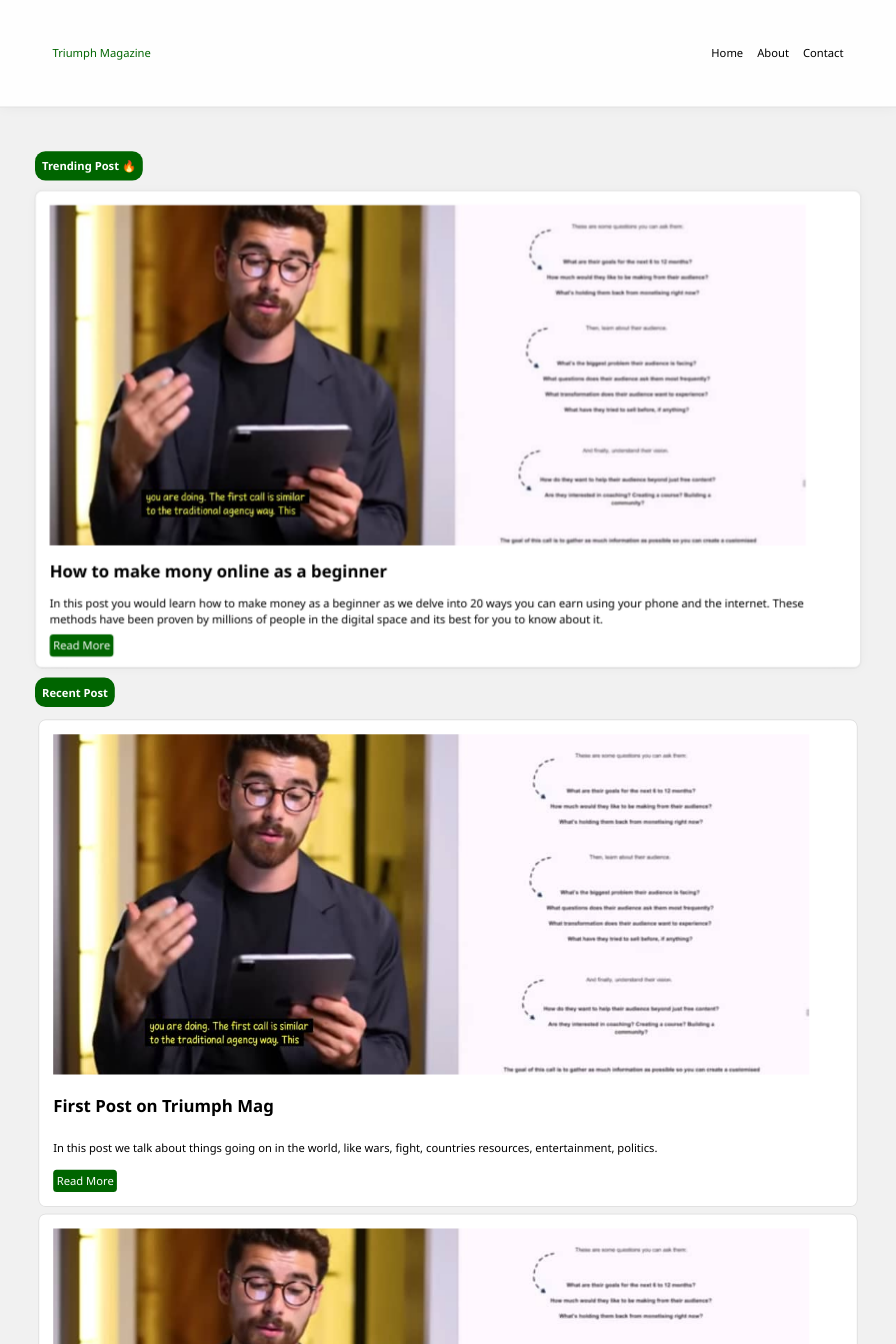
Repository: zikcolle/Triumph-Blog
Page: index.html
An editor plug-in stored every save of this project. The page is shown before and after the next save, followed by the edit.
The browser window is 1280 px wide. The pictures show the part of the page from y = 0 to 1920 px (the page is 5565 px tall before and 5455 px after), at 70% of full size.

Above is the page before, as saved 2026-06-22 10:04:23.

### index.html
<!DOCTYPE html>
<html lang="en">

<head>
    <meta charset="UTF-8">
    <meta name="viewport" content="width=device-width, initial-scale=1.0">
    <title>Triumph Magazine</title>
    <link rel="stylesheet" href="styles.css">
</head>

<body>
    <header>
        <nav>
            <div class="logo">Triumph Magazine</div>
            <div class="hamburger" onclick="toggleMenu()">
                <svg width="30" height="30">
                    <line x1="3" y1="5" x2="27" y2="5" stroke="black" stroke-width="3" />
                    <line x1="3" y1="15" x2="27" y2="15" stroke="black" stroke-width="3" />
                    <line x1="3" y1="25" x2="27" y2="25" stroke="black" stroke-width="3" />
                </svg>


            </div>
            <ul id="nav-links">
                <li><a href="#">Home</a></li>
                <li><a href="/about-us">About</a></li>
                <li><a href="/contact-us">Contact</a></li>
            </ul>
        </nav>
    </header>


    <main>
        <section>
            <div>
                <h2 class="label-post">Trending Post 🔥</h2>
            </div>
            <div class="feat-post">
                <img src="simage\postiman.jpeg">
                <h1>How to make mony online as a beginner</h1>
                <p>In this post you would learn how to make money as a beginner as we delve into 20 ways you can earn
                    using your phone and the internet. These methods have been proven by millions of people in the
                    digital space and its best for you to know about it.</p>
                <a href="#" class="read-more">Read More</a>
            </div>
        </section>

        <section>
            <div>
                <h2 class="label-post" id="post-label">Recent Post</h2>
            </div>

            <div class="post-grid">
                <div class="blog-post">
                    <img src="simage\postiman.jpeg">
                    <h1>First Post on Triumph Mag</h1>
                    <p>In this post we talk about things going on in the world, like wars, fight, countries resources,
                        entertainment, politics.</p>
                    <a href="#" class="read-more">Read More</a>
                </div>

                <div class="blog-post">
                    <img src="simage\postiman.jpeg">
                    <h1>Second Post on Triumph Mag</h1>
                    <p>In this post we talk about things going on in the world, like wars, fight, countries resources,
                        entertainment, politics.</p>
                    <a href="#" class="read-more">Read More</a>
                </div>

                <div class="blog-post">
                    <img src="simage\postiman.jpeg">
                    <h1>Third Post on Triumph Mag</h1>
                    <p>In this post we talk about things going on in the world, like wars, fight, countries resources,
                        entertainment, politics.</p>
                    <a href="#" class="read-more">Read More</a>
                </div>

                <div class="blog-post">
                    <img src="simage\postiman.jpeg">
                    <h1>Fourth Post on Triumph Mag</h1>
                    <p>In this post we talk about things going on in the world, like wars, fight, countries resources,
                        entertainment, politics.</p>
                    <a href="#" class="read-more">Read More</a>
                </div>

                <div class="blog-post">
                    <img src="simage\postiman.jpeg">
                    <h1>Fifth Post on Triumph Mag</h1>
                    <p>In this post we talk about things going on in the world, like wars, fight, countries resources,
                        entertainment, politics.</p>
                    <a href="#" class="read-more">Read More</a>
                </div>

                <div class="blog-post">
                    <img src="simage\postiman.jpeg">
                    <h1>Sixth Post on Triumph Mag</h1>
                    <p>In this post we talk about things going on in the world, like wars, fight, countries resources,
                        entertainment, politics.</p>
                    <a href="#" class="read-more">Read More</a>
                </div>

            </div>
        </section>
        <a href="/blog" class="view-more">View More Posts</a>
        <section>
            <h2 class="label-post">Related Posts</h2>
            <div class="rel-post">
                <img src="simage\postiman.jpeg">
                <p><a href="/blog">Sixth Post on Triumph Mag</a></p>
            </div>
        </section>
    </main>

    <footer>
        <h2>Triumph Magazine</h2>
        <p>© 2026 Triumph Magazine. All rights reserved.</p>
    </footer>

</body>

</html>

<script>
    function toggleMenu() {
        document.getElementById('nav-links').classList.toggle('active');
    }
</script>

### styles.css
body {
    background-color: rgb(241, 241, 241);
    color: rgb(0, 0, 0);
    font-family:'Segoe UI', Tahoma, Geneva, Verdana, sans-serif;
    padding: 0;
    margin: 0;

}

header {
    background-color: rgba(255,255,255,0.92);
    padding: 10px 20px;
    border-bottom: 1px solid rgba(0, 0, 0, 0.108);
    backdrop-filter: blur(20px) saturate(180%);
    -webkit-backdrop-filter: blur(20px) saturate(180%);
    box-shadow: 0 1px 0 rgba(0,0,0,0.04), 0 2px 16px rgba(0,0,0,0.04);
    color: rgb(0, 101, 0);
    width: 100%;
    box-sizing: border-box;
}

nav {
    display: flex;
    justify-content: space-between;
    align-items: center;
    padding: 55px;
}

nav ul {
    list-style: none;
    display: flex;
    gap: 20px;
    margin: 0;
    padding: 0;
}

nav ul li a {
    text-decoration: none;
    color: rgb(0, 0, 0);
}

nav a:hover {
    color: rgb(0, 101, 0);
    text-decoration: underline;
}

.hamburger {
    display: none;
    font-size: 24px;
}

@media (max-width: 768px) {
    nav ul {
        display: none;
        flex-direction: column;
        position: absolute;
        top: 60px;
        right: 0;
        background: rgb(255, 255, 255);
        width: 100%;
        text-align: center;
        padding: 20px;
        box-shadow: 0 2px 5px rgba(0, 0, 0, 0.1);
        z-index: 1000;
    }

    nav ul.active {
        display: flex !important;
    }

    nav ul li {
        margin: 10px 0;
    }

    .hamburger {
        display: block;
        cursor: pointer;
    }
}

main {
    padding: 50px;
}

img, svg, video, canvas, iframe {
  max-width: 100%;
  height: auto;
  display: block;
}

.label-post {
    background-color: rgb(0, 101, 0);
    color: rgb(255, 255, 255);
    max-width: fit-content;
    padding: 10px;
    border-radius: 15px;
    font-size: 1rem;
}

.feat-post {
    background-color: rgb(255, 255, 255);
    border: 1px solid rgba(0, 0, 0, 0.129);
    max-width: 100%;
    height: auto;
    align-items: center;
    display: block;
    border-radius: 10px;
    backdrop-filter: blur(20px) saturate(180%);
    -webkit-backdrop-filter: blur(20px) saturate(180%);
    box-shadow: 0 1px 0 rgba(0,0,0,0.04), 0 2px 16px rgba(0,0,0,0.04);
    padding: 20px;
    image-rendering: auto;
    justify-content: center;
}

.read-more {
    background-color: rgb(0, 101, 0);
    color: rgb(255, 255, 255);
    text-decoration: none;
    max-width: fit-content;
    padding: 5px;
    border-radius: 5px;
}

.post-grid {
    display: grid;
    grid-template-columns: repeat(auto-fit, minmax(600px, 1fr));
}

.blog-post {
    background-color: rgb(255, 255, 255);
    border: 1px solid rgba(0, 0, 0, 0.129);
    border-radius: 10px;
    padding: 20px;
    margin: 5px;
    line-height: 2;
}

.view-more {
    background-color: rgb(0, 101, 0);
    color: rgb(255, 255, 255);
    text-decoration: none;
    padding: 20px;
    margin: 10px;
    padding-top: 0;
    padding-bottom: 0;
}

.rel-post {
   display: flex;
   align-items: center;
   gap: 20px;
}

/*.rel-post img {
    max-width: 300px;
    height: auto;
    aspect-ratio: 16 / 9;
}*/

.rel-post img {
    width: 100px;
    aspect-ratio: 16 / 9;
    object-fit: cover;
}

After the next save:
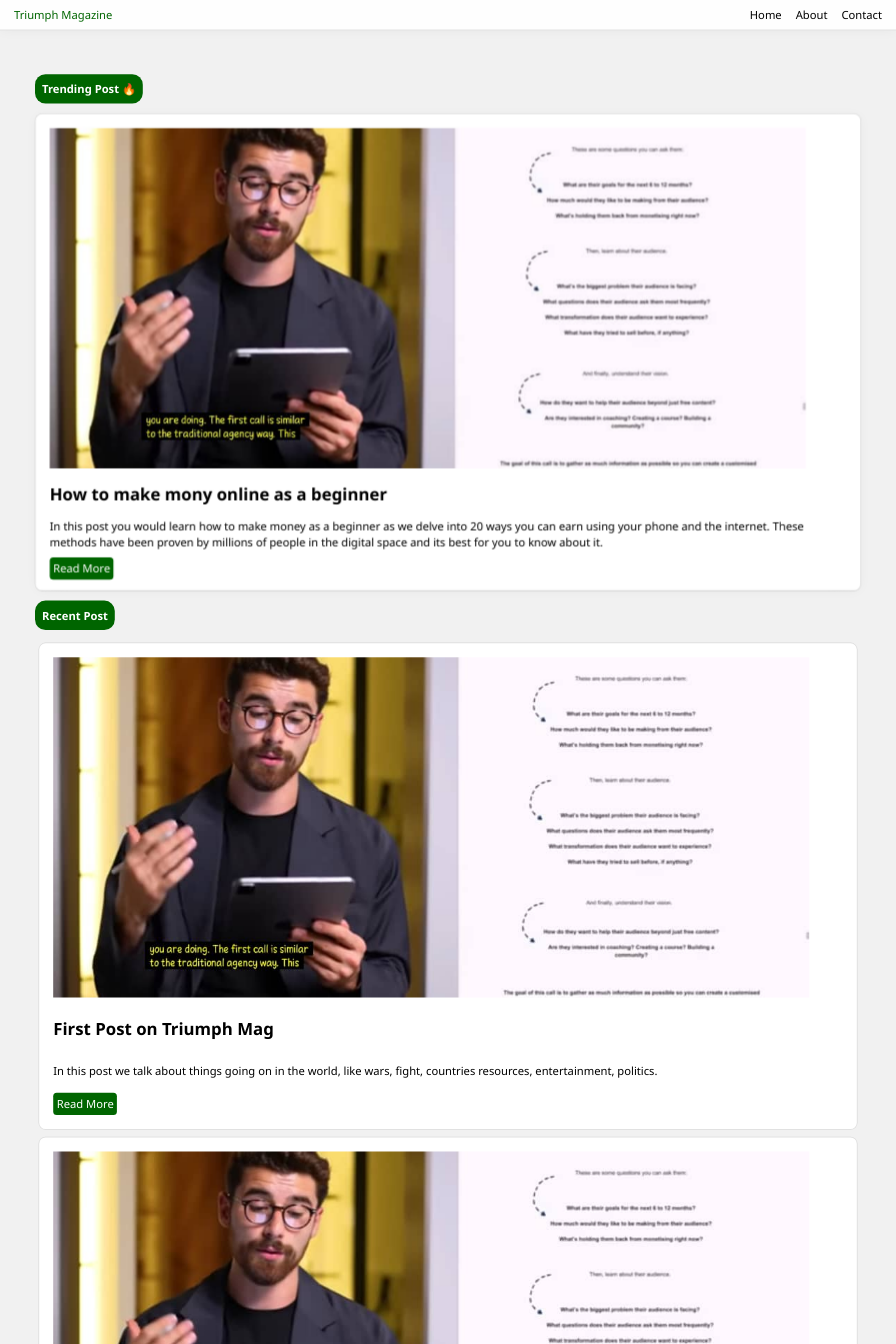
Saved 12 s later.
--- a/styles.css
+++ b/styles.css
@@ -23,7 +23,6 @@ nav {
     display: flex;
     justify-content: space-between;
     align-items: center;
-    padding: 55px;
 }
 
 nav ul {
